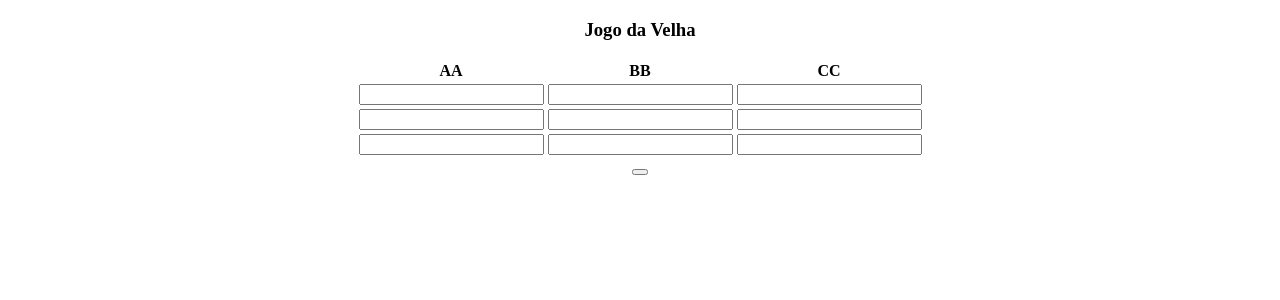
Repository: heitorAlbu/Jogodavelha
Page: Jogo/WebContent/Home.html
These files come from the project's save history. The page is drawn as it stood at one moment and after the next save; the edit follows.
The browser window is 1280 px wide. The pictures show the whole page.

Above is the page before, as saved 2020-05-31 02:07:56.

### Jogo/WebContent/Home.html
<!DOCTYPE html>
<html>
<head>
<meta charset="ISO-8859-1">
<title>Jogo da  Velha </title>
</head>
<body>

	<center>
		<h3>Jogo da Velha</h3>
		<form action="/Jogo/JogoDaVelhaServlet" method="get">
			<table>
		<thead>
			<tr>
				<th>AA</th>
				<th>BB</th>
				<th>CC</th>
			</tr>
		</thead>

		<tbody>
		<tr>
			<td><input type="text" name="0x0"></td>
			<td><input type="text" name="0x1"></td>
			<td><input type="text" name="0x2"></td>
		</tr>
		<tr>
			<td><input type="text" name="1x0"></td>
			<td><input type="text" name="1x1"></td>
			<td><input type="text" name="1x2" ></td>
		</tr>
		<tr>
			<td><input type="text" name="2x0"></td>
			<td><input type="text" name="2x1"></td>
			<td><input type="text" name="2x2"></td>
		</tr>

		</tbody>

	</table>
		<Button type="submit" text="jogar">
		</form>


	</center>



	<script>

	</script>
</body>
</html>

After the next save:
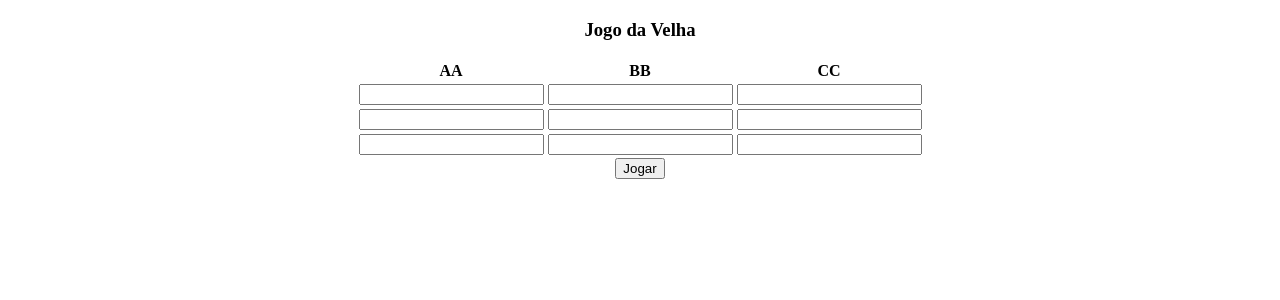
Saved 45 s later.
--- a/Jogo/WebContent/Home.html
+++ b/Jogo/WebContent/Home.html
@@ -38,7 +38,7 @@
 		</tbody>
 
 	</table>
-		<Button type="submit" text="jogar">
+		<button type="submit" >Jogar</button>
 		</form>
 
 
